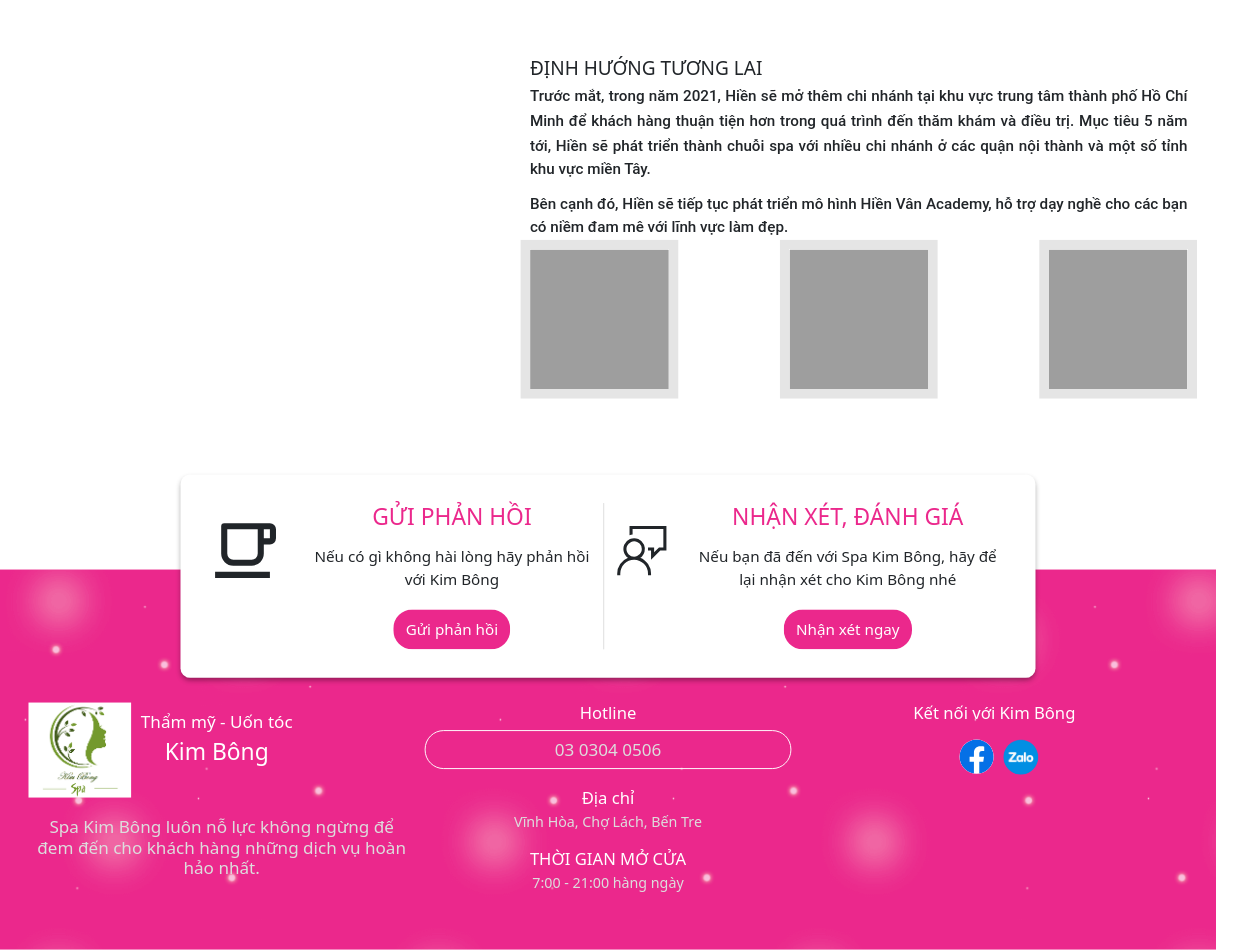
Repository: tranduykhuong/SpaKimBong
Page: /about
The author's editor kept a copy of each file at every save. The page is drawn from the files as they stood at one save, then again after the next save.
The browser window is 1280 px wide. The page is 1302 px wide, so the pictures cover 1302 px, including what lies to the right of the window. The pictures show the part of the page from y = 2229 to 3229 px (the page is 3229 px tall), at 95% of full size.
Pictures or frames that could not be fetched are drawn as grey boxes. The project was rebuilt for these pictures with package versions that can differ from the ones it lists, and the page was loaded fresh each time. Also part of the build but not shown: src/components/Header/Slider/slider.scss, src/components/Header/Slider/Slider.js, src/components/Header/ListImage/listImage.scss, src/components/Header/ListImage/ListImage.js, src/pages/Home/home.scss, src/pages/Home/ListImage/listImage.scss, src/pages/Home/ListImage/ListImage.js, src/pages/Home/BookOnline/bookOnl.scss and 6 more.

Above is the page before, as saved 2022-06-03 22:43:06.

### src/App.js
import "./App.css";
import Header from "./components/Header/Header";
import Home from "./pages/Home/Home";
import "bootstrap/dist/css/bootstrap.min.css";
import { Route, Routes } from "react-router-dom";
import About from "./pages/About/About";

function App() {
  return (
    <div className="App">
      <Header />
      <Routes>
        <Route path="/" element={<Home />} />
        <Route path="/about" element={<About />} />
      </Routes>
    </div>
  );
}

export default App;

### src/components/Header/Header.js
import React, { useEffect, useState } from "react";
import "./header.scss";
import { BsSearch, BsFacebook } from "react-icons/bs";
import { BiPhoneCall } from "react-icons/bi";
import Slider from "./Slider/Slider";
import ListImage from "./ListImage/ListImage";
import { Link, useLocation } from "react-router-dom";

function Header() {
  const path = useLocation().pathname;
  const [fixedNavbar, setFixedNavbar] = useState(false);

  useEffect(() => {
    // set fixed navbar
    const handleScroll = () => {
      if (window.scrollY < 1) {
        setFixedNavbar(true);
      }

      if (window.scrollY > 170) setFixedNavbar(true);
      else setFixedNavbar(false);
    };

    window.addEventListener("scroll", handleScroll);

    // cleanup function
    return () => {
      window.removeEventListener("scroll", handleScroll);
    };
  }, []);

  return (
    <div className="header">
      <div className={"infor " + (fixedNavbar ? "mg-navbar" : "")}>
        <div className="logo">
          <img src="../../img/logoSpa.png" alt="" />
          <div className="nameSpa">
            <h4>Thẩm mỹ - Uốn tóc</h4>
            <h2>Kim Bông</h2>
          </div>
        </div>

        <div className="search">
          <input type="text" placeholder="Tìm kiếm sản phẩm/ bài viết ..." />
          <a className="icon">
            <BsSearch className="iconSearch" />
          </a>
        </div>

        <div className="contact">
          <a href="/" className="icon">
            <BsFacebook className="iconFacebook" />
          </a>
          <a href="/" className="icon">
            <img src="../../img/Zalo.png" alt="" className="iconZalo" />
          </a>

          <div className="phone">
            <BiPhoneCall className="iconPhone" />
            <h3>03 0304 0506</h3>
          </div>
        </div>
      </div>
      <div className={"myNavbar " + (fixedNavbar ? "fixedNavbar" : "")}>
        <div className="navbarContent">
          <ul className="navbarList">
            <li className={path === "/" ? "active" : ""}>
              <Link to="/">TRANG CHỦ</Link>
            </li>
            <li className={path === "/about" ? "active" : ""}>
              <Link to="/about">GIỚI THIỆU</Link>
            </li>
            <li className={path === "/skin" ? "active" : ""}>
              <Link to="/">CHĂM SÓC DA</Link>
            </li>
            <li className={path === "/acne" ? "active" : ""}>
              <Link to="/">TRỊ MỤN</Link>
            </li>
            <li className={path === "/open-time" ? "active" : ""}>
              <Link to="/">LỊCH MỞ CỬA</Link>
            </li>
          </ul>
        </div>
      </div>
      {/* <Slider /> */}
      {/* <ListImage /> */}
    </div>
  );
}

export default Header;

### src/components/Header/header.scss
$height-navbar: 5rem;

.header {
    .mg-navbar {
        margin-bottom: $height-navbar;
    }

    .infor {
        max-width: 1200px;
        padding: .6rem 0;
        display: flex;
        justify-content: space-between;

        .logo {
            display: flex;
            flex: 1;

            img {
                height: 10rem;
            }

            .nameSpa {
                color: #eb288c;
                margin: auto 0;

                h4 {
                    font-size: 1.8rem;
                    font-weight: 500;
                }

                h2 {
                    font-size: 2.4rem;
                }
            }
        }


        .search {
            margin: auto 0;
            border-radius: 50px;
            border: solid .1rem #eb288c;
            height: 37px;
            display: flex;

            input {
                font-size: 1.4rem;
                margin: auto 16px;
                min-width: 26rem;
                border: none;
                outline: none;
            }

            .icon {
                margin: auto 10px;
                cursor: pointer;
            }

            .iconSearch {
                width: 1.8rem;
                height: 1.8rem;
                color: #eb288c;

                &:hover {
                    color: #f867b2;
                }
            }
        }

        .contact {
            display: flex;
            margin-left: 20px;

            .icon {
                margin: auto 0;
                margin-left: 10px;

            }

            .iconFacebook {
                width: 2.8rem;
                height: 2.8rem;
                color: rgba($color: #0570e6, $alpha: 1.0);
            }

            .iconZalo {
                width: 2.8rem;
                height: 2.8rem;
                border-radius: 50%;
            }

            .phone {
                margin: auto 0;
                margin-left: 20px;
                display: flex;

                .iconPhone {
                    width: 2.6rem;
                    height: 2.6rem;
                }

                h3 {
                    font-size: 1.4rem;
                    font-weight: 500;
                    margin: auto 4px;
                }
            }

        }
    }

    .fixedNavbar {
        position: fixed;
        top: 0;
        left: 0;
        z-index: 50;
        width: 100%;
        animation: fixedNavbar 1s forwards;
    }

    @keyframes fixedNavbar {
        from {
            top: -5rem;
            opacity: 0;
        }

        to {
            top: 0;
            opacity: 1;
        }
    }

    .myNavbar {
        height: $height-navbar;
        background-color: #eb288c;

        .navbarContent {
            max-width: 1200px;
            margin: 0 auto;

            .navbarList {
                display: flex;
                margin: 0 1rem;
                // justify-content: space-evenly;

                li {
                    list-style: none;

                    a {
                        line-height: $height-navbar;
                        height: $height-navbar;
                        display: block;
                        color: #fff;
                        font-size: 1.6rem;
                        font-weight: 600;
                        text-decoration: none;
                        padding: 0 2rem;
                    }

                    &:hover {
                        background-color: #f844a1;
                        cursor: pointer;
                    }
                }

                .active {
                    background-color: #dd0876;
                }
            }
        }
    }
}

### src/components/Footer/Footer.js
import React, { useEffect } from "react";
import "./footer.scss";
import { BsFacebook } from "react-icons/bs";
import { RiCupLine } from "react-icons/ri";
import { VscFeedback } from "react-icons/vsc";

const Footer = () => {
  return (
    <div className="footer">
      <div className="logo">
        <div className="info">
          <img src="../../img/logoSpa.png" alt="" />
          <div className="nameSpa">
            <h4>Thẩm mỹ - Uốn tóc</h4>
            <h2>Kim Bông</h2>
          </div>
        </div>

        <h5>
          Spa Kim Bông luôn nỗ lực không ngừng để đem đến cho khách hàng những
          dịch vụ hoàn hảo nhất.
        </h5>
      </div>

      <div className="address">
        <h3>Hotline</h3>
        <div className="hotline">03 0304 0506</div>
        <h3>Địa chỉ</h3>
        <h4>Vĩnh Hòa, Chợ Lách, Bến Tre</h4>
        <h3>THỜI GIAN MỞ CỬA</h3>
        <h4>7:00 - 21:00 hàng ngày</h4>
      </div>
      <div className="contact">
        <h3>Kết nối với Kim Bông</h3>
        <a href="/" className="icon">
          <BsFacebook className="iconFacebook" />
        </a>
        <a href="/" className="icon">
          <img src="../../img/Zalo.png" alt="" className="iconZalo" />
        </a>
      </div>

      <div className="subFooter">
        <div className="report">
          <RiCupLine className="icon" />
          <div>
            <h3>Gửi phản hồi</h3>
            <p>Nếu có gì không hài lòng hãy phản hồi với Kim Bông</p>
            <div className="btn">Gửi phản hồi</div>
          </div>
        </div>
        <div className="feedback">
          <VscFeedback className="icon" />
          <div>
            <h3>Nhận xét, Đánh giá</h3>
            <p>
              Nếu bạn đã đến với Spa Kim Bông, hãy để lại nhận xét cho Kim Bông
              nhé
            </p>
            <div className="btn">Nhận xét ngay</div>
          </div>
        </div>
      </div>
    </div>
  );
};

export default Footer;

### src/pages/About/About.scss
.container1 {
  .container-image {
    width: 100%;
    height: 400px;
    // padding: 5rem;
    // display: flex;
    align-items: center;
    justify-content: center;
    background-image: url("https://i.pinimg.com/originals/2c/84/5a/2c845a66b8ad2a8aafd288bdc16cd459.jpg");
  }
  .container-background-content {
    background-image: url("https://i.pinimg.com/originals/2c/84/5a/2c845a66b8ad2a8aafd288bdc16cd459.jpg");

    .container-content {
      display: flex;
      width: 100%;
      background-color: rgba(255, 255, 255, 0.85);

      .content-left {
        width: 60%;
        padding: 0 35px 30px;
        margin-left: 100px;
        text-align: left;

        .title {
          margin: 30px 0;
          h1 {
            font-size: 3rem;
            font-weight: bolder;
            line-height: 1.6;
          }
        }

        .box {
          .box-content-img {
            background-color: #eb288c;
            border-radius: 37px;
            margin-bottom: 30px;
            .image {
              padding: 20px 20px 0 20px;

              img {
                width: 100%;
                height: 200px;
              }
            }

            .content {
              padding: 0 20px 30px 20px;

              p {
                font: 16px Roboto, sans-serif;
                text-align: justify;
                line-height: 1.6;
                color: white;
                font-weight: 500;
              }
            }
          }

          .box-content {
            background-color: #eb288c;
            border-radius: 37px;
            margin-bottom: 30px;

            .content {
              padding: 20px 20px 30px 20px;

              p {
                font: 16px Roboto, sans-serif;
                text-align: justify;
                line-height: 1.6;
                color: white;
                font-weight: 500;
              }
            }
          }
        }
      }

      .image-right {
        width: 40%;
        .image-box {
          padding: 400px 0px 0px;
          img {
            padding: 0 100px 30px 30px;
          }
        }
      }
    }
  }
  .container-background-founder {
    background-image: url("https://i.pinimg.com/originals/2c/84/5a/2c845a66b8ad2a8aafd288bdc16cd459.jpg");

    .box-founder {
      display: flex;
      width: 100%;

      .founder-left {
        width: 55%;
      }

      .info-founder {
        width: 45%;
        text-align: left;
        .text-info {
          padding: 0 30px 30px;
          margin: 30px 0 30px;

          h2 {
            text-transform: uppercase;
            font-family: Roboto, sans-serif;
            font-size: 40px;
            letter-spacing: 0.05em;
            margin: 0 0 13px;
            color: #be8c28;
          }
          h3 {
            font-family: Roboto, sans-serif;
            font-size: 30px;
            font-weight: bold;
            letter-spacing: 0.05em;
            margin: 0 0 10px;
            color: white;
          }
          p {
            font-family: Roboto, sans-serif;
            font-size: 16px;
            margin: 0 0 21px;
            color: white;
            line-height: 1.6;
            padding-right: 120px;
          }
        }
      }
    }
  }

  .container-bg-future-orientation {
    // background-color: #eb288c;

    .container-future-orientation {
      display: flex;
      width: 100%;
      margin-top: 30px;

      .future-orientation-left {
        width: 41.6666666667%;
      }

      .future-orientation-right {
        width: 59.3333333333%;
        padding: 30px 30px 30px;
        text-align: left;

        .content {
          p {
            font: 16px Roboto, sans-serif;
            text-align: justify;
            line-height: 1.6;
            font-weight: 500;
          }
        }

        .box-3-image {
          display: flex;
          width: 100%;
          justify-content: space-between;

          .box-image {
            box-shadow: 0 0 0 10px rgba(0, 0, 0, 0.1);
            img {
            }
          }
        }
      }
    }
  }
}

### src/components/Footer/footer.scss
$title-color: #fff;

.footer {
    background-image: url(../../../public/img/sparkle1.png), url(../../../public/img/sparkle2.png);
    width: 100%;
    height: 400px;
    background-color: #eb288c;
    animation: sparkle 60s linear infinite;
    padding: 14rem 3rem 0;
    display: flex;
    justify-content: space-around;
    position: relative;
    margin-top: 16rem;

    .logo {
        flex: 1;

        .info {
            display: flex;

            img {
                height: 10rem;
            }

            .nameSpa {
                color: $title-color;
                margin: 1rem;

                h4 {
                    font-size: 1.8rem;
                    font-weight: 500;
                }

                h2 {
                    font-size: 2.4rem;
                }
            }
        }

        h5 {
            margin: 2rem .6rem;
            font-size: 1.8rem;
            font-weight: 400;
            color: #ddd;
        }
    }

    .contact {
        flex: 1;

        h3 {
            margin-bottom: 1.8rem;
            color: $title-color;
        }

        .icon {
            margin: auto 0;
            margin-left: 10px;

        }

        .iconFacebook {
            width: 3.6rem;
            height: 3.6rem;
            color: rgba($color: #0570e6, $alpha: 1.0);
            background-color: $title-color;
            border-radius: 50%;
        }

        .iconZalo {
            width: 3.7rem;
            height: 3.7rem;
            border-radius: 50%;
        }
    }

    .address {
        color: #ddd;
        flex: 1;

        h3 {
            // margin-bottom: 2rem;
            color: $title-color;
        }

        h4 {
            margin-bottom: 2rem;
        }

        .hotline {
            padding: .6rem;
            font-size: 1.8rem;
            margin: .8rem 1rem 2rem;
            border: 1px solid $title-color;
            border-radius: 2rem;

            &:hover {
                color: $title-color;
                cursor: pointer;
            }
        }
    }

    @keyframes sparkle {
        0% {
            background-position: 0px 0px, 0px 0px, 0px 0px;
        }

        100% {
            background-position: -500px -1000px, -400px -400px, 300px 300px;
        }
    }

    .subFooter {
        width: 100%;
        max-width: 90rem;
        min-height: 20rem;
        box-shadow: 0 3px 6px -4px rgba(0, 0, 0, 0.2), 0 3px 6px rgba(0, 0, 0, 0.3);

        background-color: #fff;
        border-radius: 1rem;
        z-index: 50;
        top: -10rem;
        left: 50%;
        transform: translateX(-50%);
        position: absolute;
        display: flex;
        padding: 3rem;
        justify-content: space-around;

        .report,
        .feedback {
            display: flex;
            flex: 1;
            justify-content: center;

            h3 {
                text-transform: uppercase;
                font-size: 2.4rem;
                color: #eb288c;
            }

            p {
                font-size: 1.6rem;
                padding: 1rem;
            }

            .icon {
                height: 10rem;
                width: 10rem;
                margin-right: 2rem;
            }

            .btn {
                padding: 0.8rem 1.2rem;
                background-color: #eb288c;
                border-radius: 2rem;
                font-size: 1.6rem;
                color: #fff;

                &:hover {
                    background-color: #cc1574;
                }
            }
        }

        .report {
            border-right: 1px solid #ddd;
        }

        .feedback {
            margin-left: 1rem;
        }
    }
}

Loaded but not shown: public/index.html (common file); src/index.js (common file); src/index.css (common file); src/reportWebVitals.js (common file); src/App.css (common file); src/pages/About/About.js (166 lines, source omitted)

After the next save:
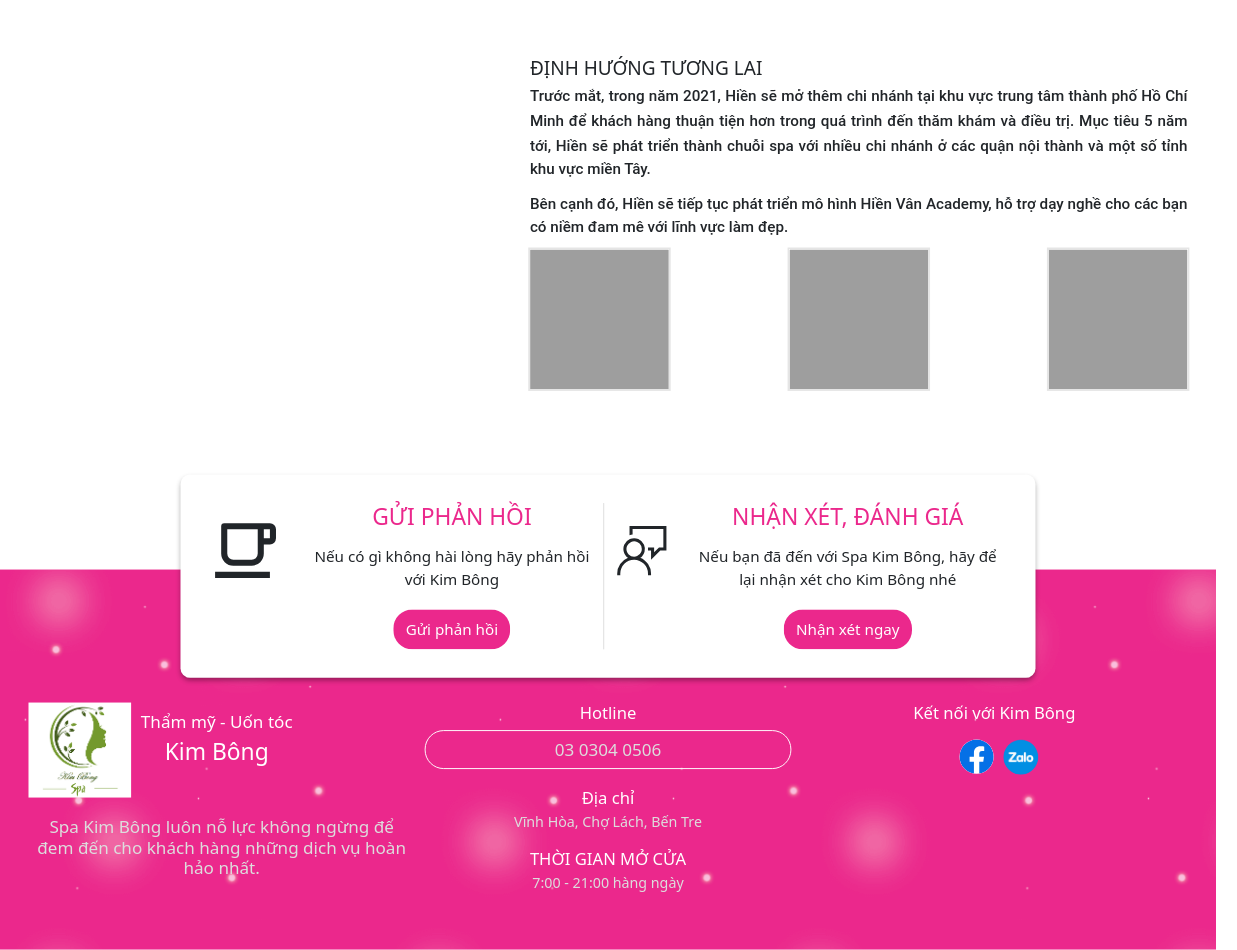
Saved 8 s later.
--- a/src/pages/About/About.scss
+++ b/src/pages/About/About.scss
@@ -168,7 +168,7 @@
           justify-content: space-between;
 
           .box-image {
-            box-shadow: 0 0 0 10px rgba(0, 0, 0, 0.1);
+            box-shadow: 0 0 0 2px rgba(0, 0, 0, 0.1);
             img {
             }
           }
